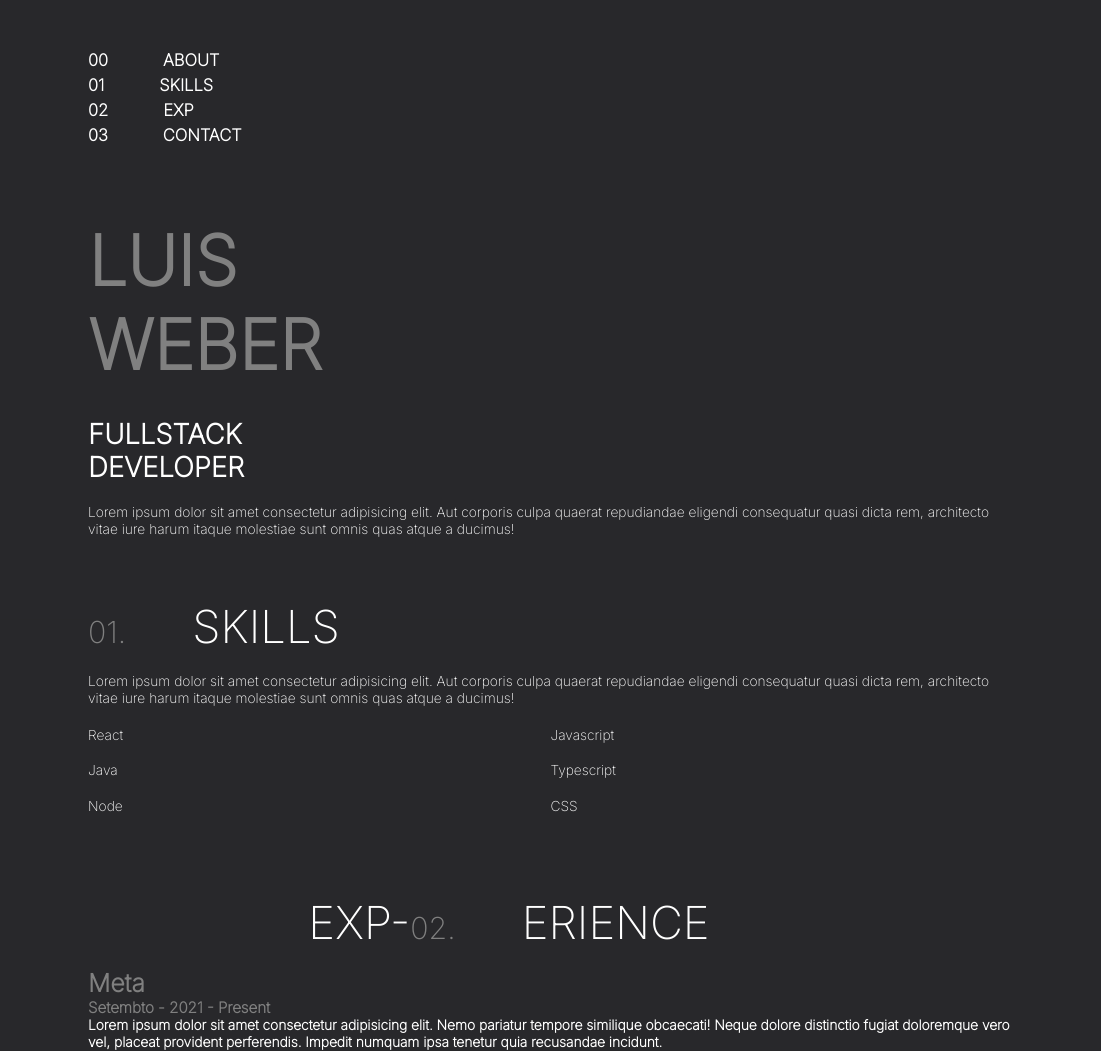
Repository: luiswh1/Portfolio
Page: /
These files come from the project's save history. The page is drawn as it stood at one moment and after the next save; the edit follows.
The browser window is 1280 px wide. The pictures show the whole page, at 86% of full size.
The project was rebuilt for these pictures with package versions that can differ from the ones it lists, and the page was loaded fresh each time.

Above is the page before, as saved 2023-05-28 16:49:36.

### public/index.html
<!DOCTYPE html>
<html lang="en">
  <head>
    <meta charset="utf-8" />
    <link rel="icon" href="%PUBLIC_URL%/favicon.ico" />
    <meta name="viewport" content="width=device-width, initial-scale=1" />
    <meta name="theme-color" content="#000000" />
    <meta
      name="description"
      content="Web site created using create-react-app"
    />
    <link rel="apple-touch-icon" href="%PUBLIC_URL%/logo192.png" />
    <!--
      manifest.json provides metadata used when your web app is installed on a
      user's mobile device or desktop. See https://developers.google.com/web/fundamentals/web-app-manifest/
    -->
    <link rel="manifest" href="%PUBLIC_URL%/manifest.json" />
    <!--
      Notice the use of %PUBLIC_URL% in the tags above.
      It will be replaced with the URL of the `public` folder during the build.
      Only files inside the `public` folder can be referenced from the HTML.

      Unlike "/favicon.ico" or "favicon.ico", "%PUBLIC_URL%/favicon.ico" will
      work correctly both with client-side routing and a non-root public URL.
      Learn how to configure a non-root public URL by running `npm run build`.
    -->

    <link rel="preconnect" href="https://fonts.googleapis.com">
    <link rel="preconnect" href="https://fonts.gstatic.com" crossorigin>
    <link href="https://fonts.googleapis.com/css2?family=Inter:wght@200&family=Poppins:wght@200;300&display=swap" rel="stylesheet">
    <title>React App</title>
  </head>
  <body>
    <noscript>You need to enable JavaScript to run this app.</noscript>
    <div id="root"></div>
    <!--
      This HTML file is a template.
      If you open it directly in the browser, you will see an empty page.

      You can add webfonts, meta tags, or analytics to this file.
      The build step will place the bundled scripts into the <body> tag.

      To begin the development, run `npm start` or `yarn start`.
      To create a production bundle, use `npm run build` or `yarn build`.
    -->
  </body>
</html>

### src/index.tsx
import React from 'react';
import ReactDOM from 'react-dom/client';
import App from './App';
import GlobalStyle from './styles/globalStyles';

const root = ReactDOM.createRoot(
  document.getElementById('root') as HTMLElement
);
root.render(
  <React.StrictMode>
    <GlobalStyle />
    <App />
  </React.StrictMode>
);

### src/App.tsx
import React from 'react';
import Home from './Pages/Home';

function App() {
  return (
   <Home />
  );
}

export default App;

### src/styles/globalStyles.tsx
import { createGlobalStyle } from 'styled-components'


const GlobalStyle = createGlobalStyle`
* {
    margin: 0;
    font-family: Inter;
  }

  html, body {
    height: 100%;
    background-color: #28282B;
    color: white;
  }

`

export default GlobalStyle

### src/Pages/Home.tsx
import {
  Container,
  NameSection,
  StyledName,
  InnerContainer,
  Profession,
  About,
  LabelTitle,
  NumberIndex,
  IndexTitle,
  ListSkills,
  SkillItem,
  StyledSpanExp,
  Experience,
  Company,
  Date,
  Description,
} from "./HomeStyles";
import IndexList from "../Components/IndexList/IndexList";

const Home = () => {
  return (
    <Container>
      <InnerContainer>
        <IndexList />

        <NameSection>
          <StyledName>
            LUIS <br />
            WEBER
          </StyledName>
        </NameSection>

        <Profession>
          FULLSTACK <br />
          DEVELOPER
        </Profession>

        <About>
          Lorem ipsum dolor sit amet consectetur adipisicing elit. Aut corporis
          culpa quaerat repudiandae eligendi consequatur quasi dicta rem,
          architecto vitae iure harum itaque molestiae sunt omnis quas atque a
          ducimus!
        </About>

        <LabelTitle>
          <NumberIndex>01.</NumberIndex>
          <IndexTitle>SKILLS</IndexTitle>
        </LabelTitle>

        <About>
          Lorem ipsum dolor sit amet consectetur adipisicing elit. Aut corporis
          culpa quaerat repudiandae eligendi consequatur quasi dicta rem,
          architecto vitae iure harum itaque molestiae sunt omnis quas atque a
          ducimus!
        </About>

        <ListSkills>
          <SkillItem>React</SkillItem>
          <SkillItem>Javascript</SkillItem>
          <SkillItem>Java</SkillItem>
          <SkillItem>Typescript</SkillItem>
          <SkillItem>Node</SkillItem>
          <SkillItem>CSS</SkillItem>
        </ListSkills>

        <LabelTitle>
          <StyledSpanExp>EXP-</StyledSpanExp>
          <NumberIndex>02.</NumberIndex>
          <IndexTitle>ERIENCE</IndexTitle>
        </LabelTitle>

        <Experience>
          <Company>Meta</Company>
          <Date>Setembto - 2021 - Present</Date>
          <Description>
            Lorem ipsum dolor sit amet consectetur adipisicing elit. Nemo
            pariatur tempore similique obcaecati! Neque dolore distinctio fugiat
            doloremque vero vel, placeat provident perferendis. Impedit numquam
            ipsa tenetur quia recusandae incidunt.
          </Description>
        </Experience>
      </InnerContainer>
    </Container>
  );
};

export default Home;

### src/Pages/HomeStyles.tsx
import { styled } from "styled-components";

export const Container = styled.div`
  width: 100%;
  height: 100%;
  overflow: hidden;
`;

export const InnerContainer = styled.div`
  margin-left: 8vw;
  margin-right: 8vw;
`;

export const NameSection = styled.div`
  width: 100%;
  height: 100%;
  margin-top: 12vh;
`;

export const StyledName = styled.h1`
  font-size: 5em;
  color: gray;
`;

export const Profession = styled.h1`
margin-top: 5vh;
`

export const About = styled.p`
margin-top: 3vh;
color: white;
`
export const LabelTitle = styled.div`
margin-top: 10vh;
`

export const NumberIndex = styled.span`
  font-size: 2.2em;
  color: gray;
  margin-right: 3vw;
`;

export const IndexTitle = styled.span`
  font-size: 3.3em;
  color: white;
  margin-left: 3vw;
`;


export const ListSkills = styled.div`
margin-top: 3vh;
display: flex;
  flex-wrap: wrap;
`;

export const SkillItem = styled.span`
flex-basis: 50%;
margin-bottom: 3vh;
color: white;
`;

export const StyledSpanExp = styled.span`
font-size: 3.3em;
color: white;
margin-left: 20vw;
`

export const Experience = styled.section`
margin-top: 3vh;
color: gray;
`

export const Company = styled.h5`
font-size: 1.8em;
`

export const Date = styled.h6`
font-size: 1.1em;
`

export const Description = styled.p`
color: white;
font-weight: bold;
margin:top: 5vh;
`

### src/Components/IndexList/IndexList.tsx
import React from "react";
import { Sections, SectionItem } from "./IndexListStyles";

const IndexList = () => {
  return (
    <>
      <Sections>
        <SectionItem>
          <span>00</span>
          <span>ABOUT</span>
        </SectionItem>
        <SectionItem>
          <span>01</span>
          <span>SKILLS</span>
        </SectionItem>
        <SectionItem>
          <span>02</span>
          <span>EXP</span>
        </SectionItem>
        <SectionItem>
          <span>03</span>
          <span>CONTACT</span>
        </SectionItem>
      </Sections>
    </>
  );
};

export default IndexList;

### src/Components/IndexList/IndexListStyles.tsx
import { styled } from "styled-components";

export const Sections = styled.div`
margin-top: 8vh;
`

export const SectionItem = styled.span`
color: white;
font-size: 1.2rem;
font-weight: bold;
display: block;
span:first-child {
    margin-right: 5vw;
  }
  margin-top: 5px;
`

After the next save:
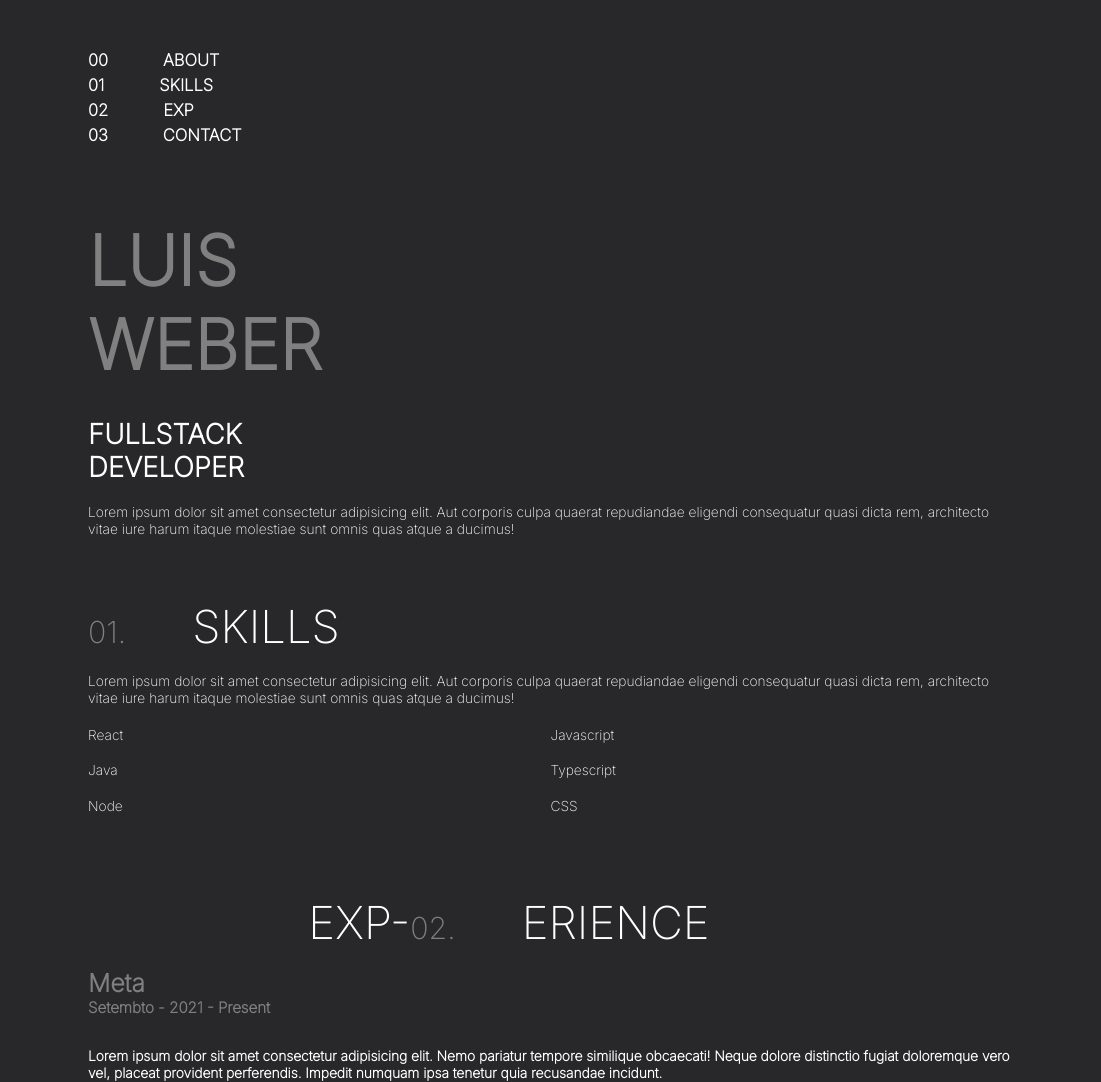
Saved 9 s later.
--- a/src/Pages/HomeStyles.tsx
+++ b/src/Pages/HomeStyles.tsx
@@ -81,5 +81,5 @@ font-size: 1.1em;
 export const Description = styled.p`
 color: white;
 font-weight: bold;
-margin:top: 5vh;
+margin-top: 5vh;
 `
